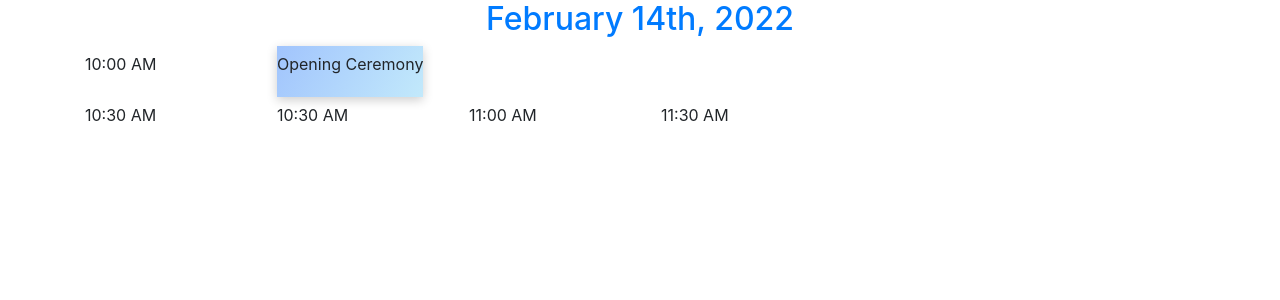
Repository: BaileyLuu/yuHacks2022
Page: public/schedule.html
The author's editor kept a copy of each file at every save. The page is drawn from the files as they stood at one save, then again after the next save.
The browser window is 1280 px wide. The pictures show the whole page.
Some web libraries are served in a nearby version.

Above is the page before, as saved 2021-11-20 12:49:47.

After the next save:
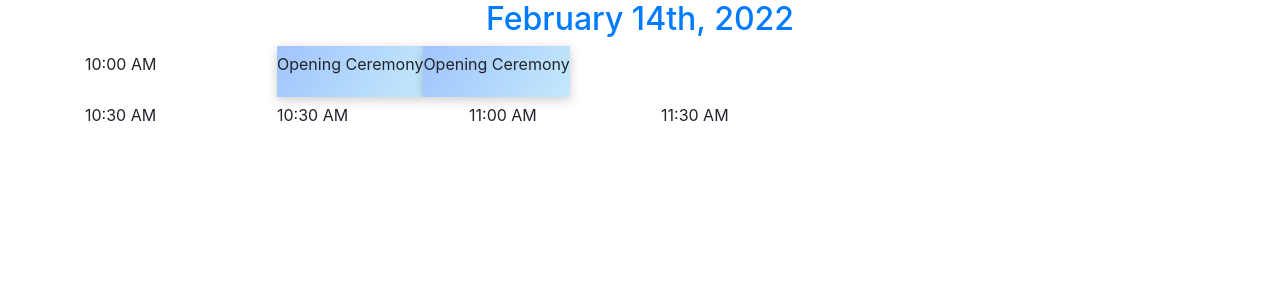
Saved 9 s later.
--- a/public/schedule.html
+++ b/public/schedule.html
@@ -68,7 +68,7 @@
                     <div class="box schedule-time">
                         <div class="schedule-time">10:00 AM</div>
                         <div class="session-box">Opening Ceremony</div>
-
+                        <div class="session-box">Opening Ceremony</div>
                         <!-- <div class="schedule-time">12:00 PM</div>
                         <div class="schedule-time">12:30 PM</div>
                         <div class="schedule-time">01:00 PM</div>
